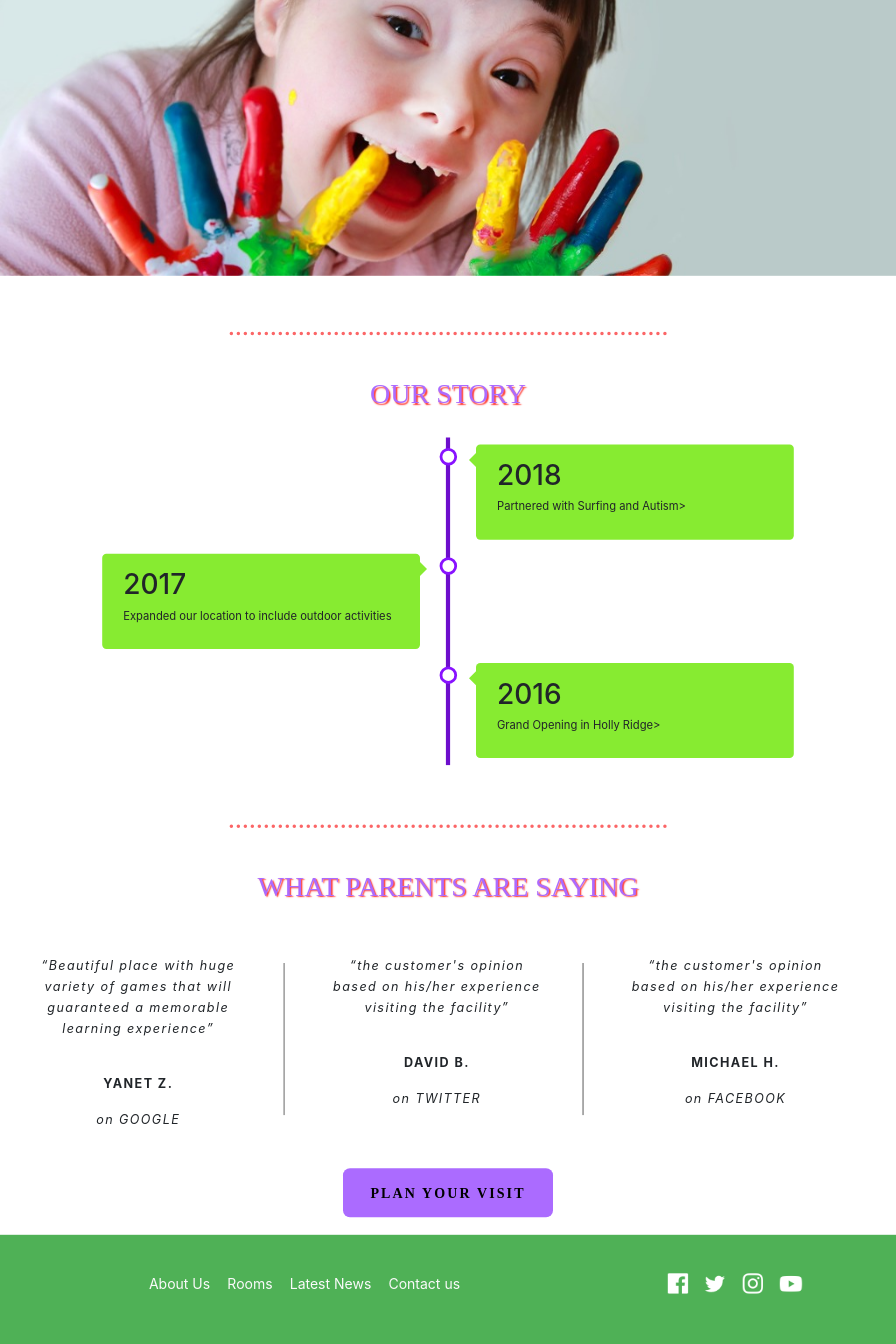
Repository: Code-Institute-Submissions/my-first-frontend-milestone-project
Page: about.html
The author's editor kept a record of every edit. The page is drawn from the files as they stood at one moment, then again after the next edit.
The browser window is 1280 px wide. The pictures show the part of the page from y = 970 to 2890 px (the page is 2890 px tall), at 70% of full size.
Some web fonts or font styles are not loaded; a fallback is used.

Above is the page before.

After the next edit:
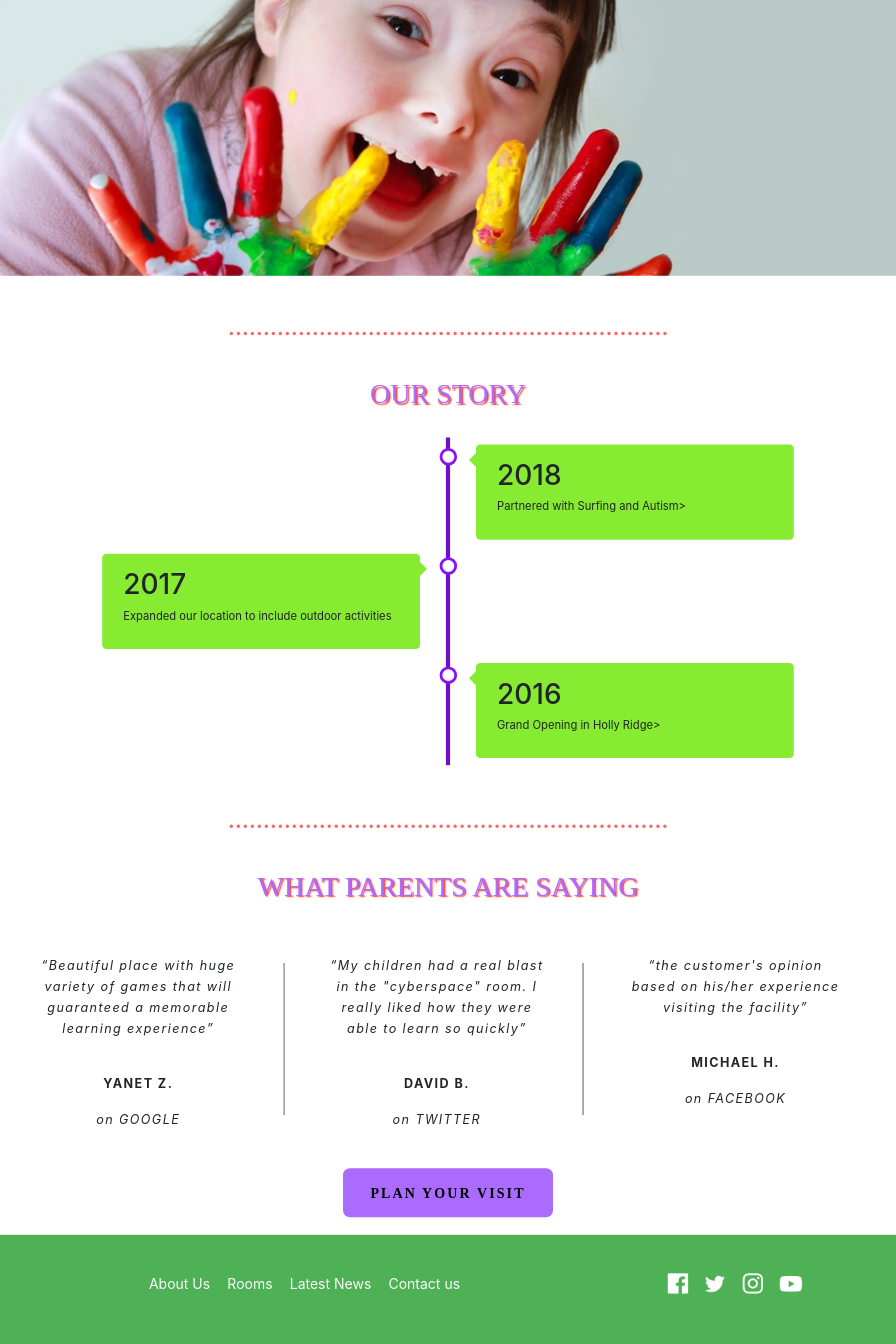
The edit:
--- a/about.html
+++ b/about.html
@@ -127,7 +127,7 @@
                 <div class="col-md-4">
                     <div class="quote">
                         <blockquote class="customer-review">
-                            <q>the customer's opinion based on his/her experience visiting the facility</q>
+                            <q>My children had a real blast in the "cyberspace" room. I really liked how they were able to learn so quickly</q>
                         </blockquote>
                         <div class="review-author">
                             <strong>David B.</strong>
